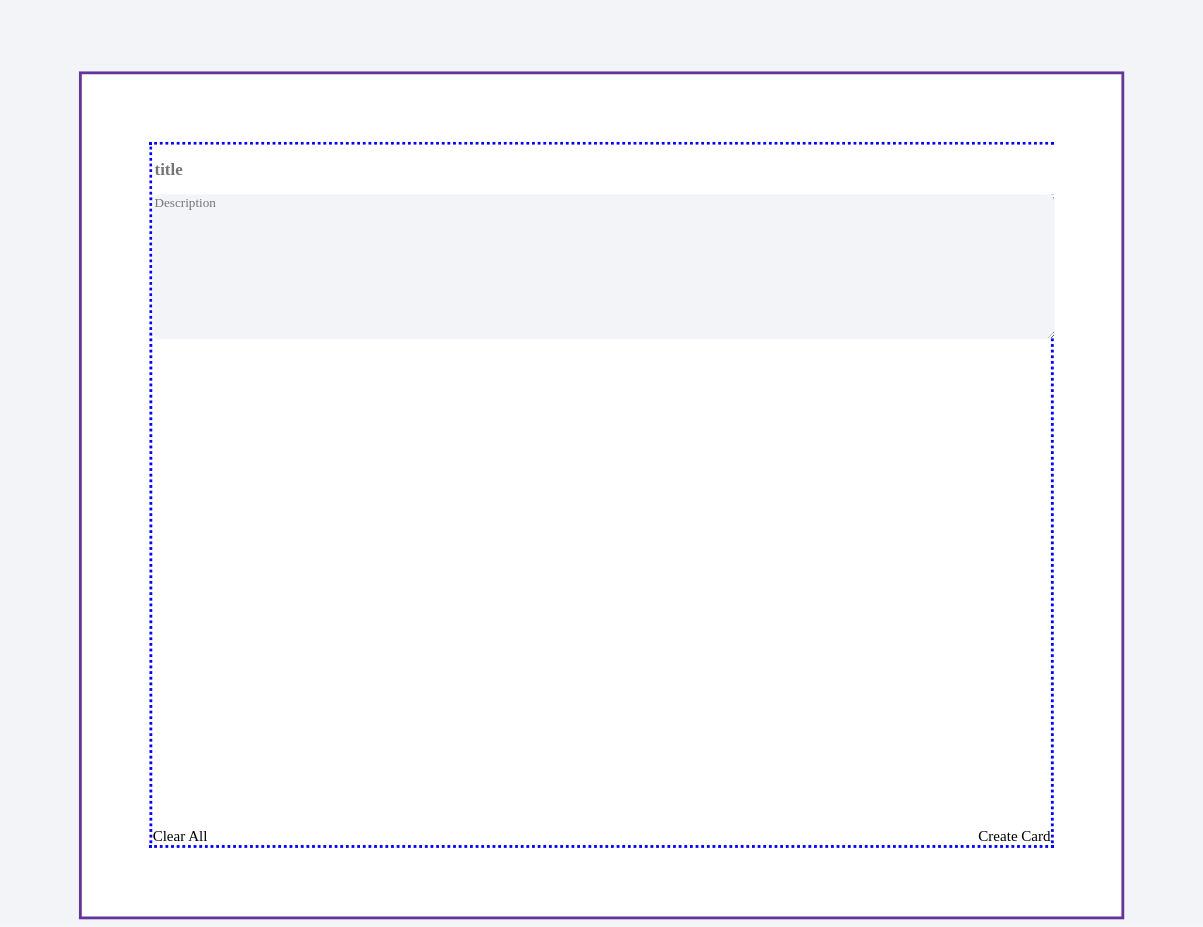
Repository: ReyhanehRahmani/TO-DO
Page: index.html
An editor plug-in stored every save of this project. The page is shown before and after the next save, followed by the edit.
The browser window is 1280 px wide. The pictures show the whole page, at 94% of full size.

Above is the page before, as saved 2025-06-07 22:29:49.

### index.html
<!DOCTYPE html>

<html lang="en">

    <head>

        <meta name="viewport" content="width=device-width, initial-scale=1.0" />

        <title>TO-DO</title>

        <link rel="icon" type="image/jpg" href="favicon.png">

        <link rel="stylesheet" href="style.css">

    </head>
    <body>
        <div id="main-card">
            <div id="content">
                <div >
                <div id="title">
                    <input type="text" id="titlebox" minlength="3" maxlength="30" placeholder="title">
                </div>
                <div id="description">
                    <textarea type="text" id="descriptionbox" maxlength="200" placeholder="Description"></textarea>
                </div>
                </div>

                <div id="buttons">
                    <div id="clear">Clear All</div>
                    <div id="creat">Create Card</div>
                </div>
            </div>
        </div>
    </body>

### style.css
body{
    background-color: #F2F4F7;
}



#main-card{
    margin-left: 6%;
    margin-right: 6%;
    margin-top: 6%;
    background-color: #FFFFFF;
    border: solid rebeccapurple;
}

#content{
    margin-right: 6.557377049%;
    margin-left: 6.557377049%;
    margin-top: 6.557377049%;
    margin-bottom: 6.557377049%;
    border: dotted blue;
}

#titlebox{
    font-family: Poppins;
    font-weight: 700;
    font-size: 18px;
    line-height: 150%;
    letter-spacing: -2%;
    border: none;
    width: 100%;
    height: 51px;
}

#descriptionbox{
    border: none;
    width: 100%;
    font-family: 'Poppins';
    font-weight: 500;
    font-size: 14px;
    line-height: 100%;
    letter-spacing: -3%;
    height: 150px;
    border-radius: 8px;
    background: #F2F4F7;

}

#content{
    display: flex;
    flex-direction: column;
    justify-content: space-between;
    gap: 516px;
}

#buttons{
    display: flex;
    justify-content: space-between;
    gap: 3.773584906%;

}

After the next save:
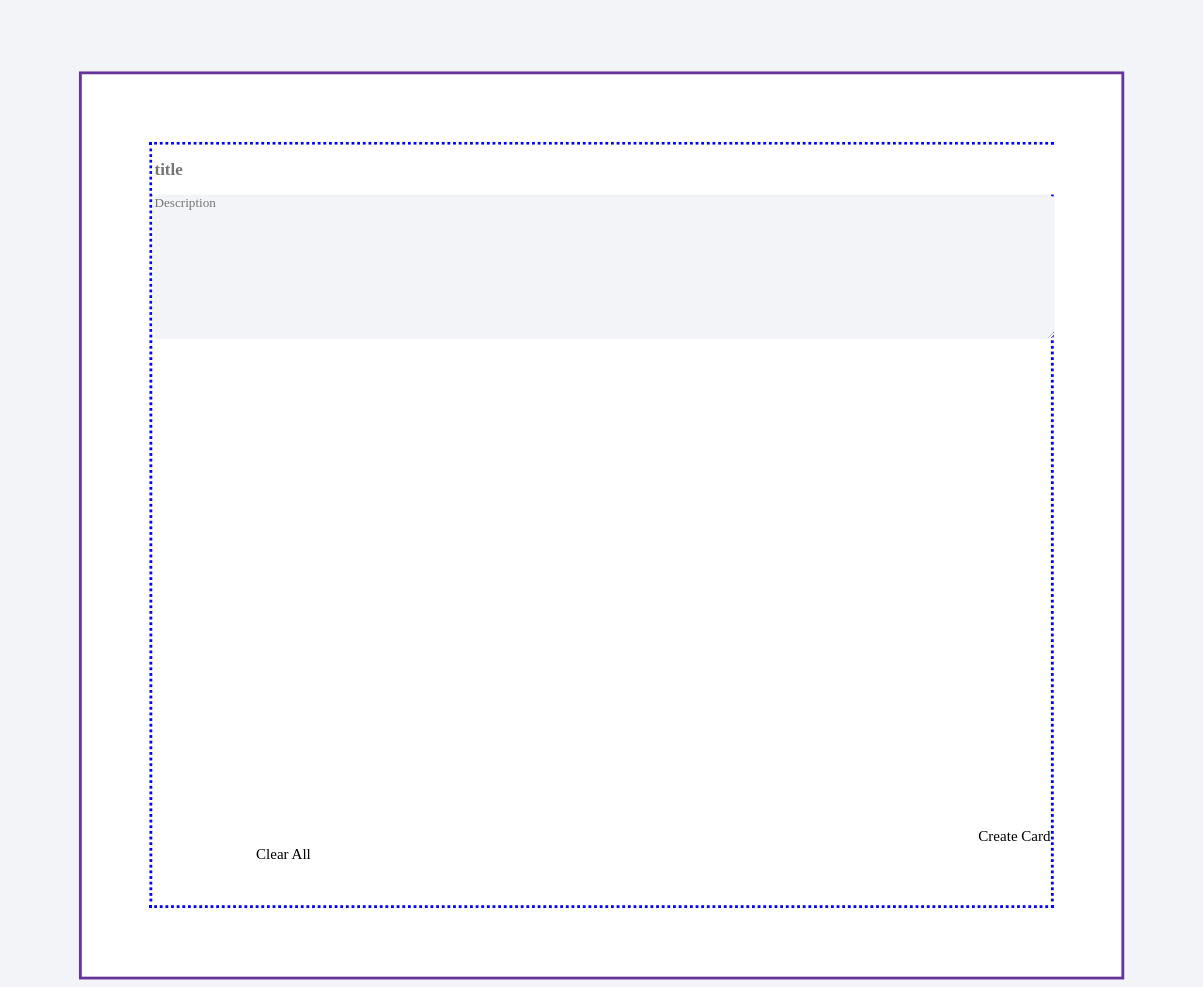
Saved 54 s later.
--- a/style.css
+++ b/style.css
@@ -58,3 +58,16 @@ body{
     gap: 3.773584906%;
 
 }
+
+#clear{
+    width: 97px;
+    height: 44px;
+    padding-top: 19px;
+    padding-right: 110px;
+    padding-bottom: 19px;
+    padding-left: 110px;
+    border-radius: 8px;
+    border-width: 1.4px;
+    border-color: #FF1616;
+
+}
